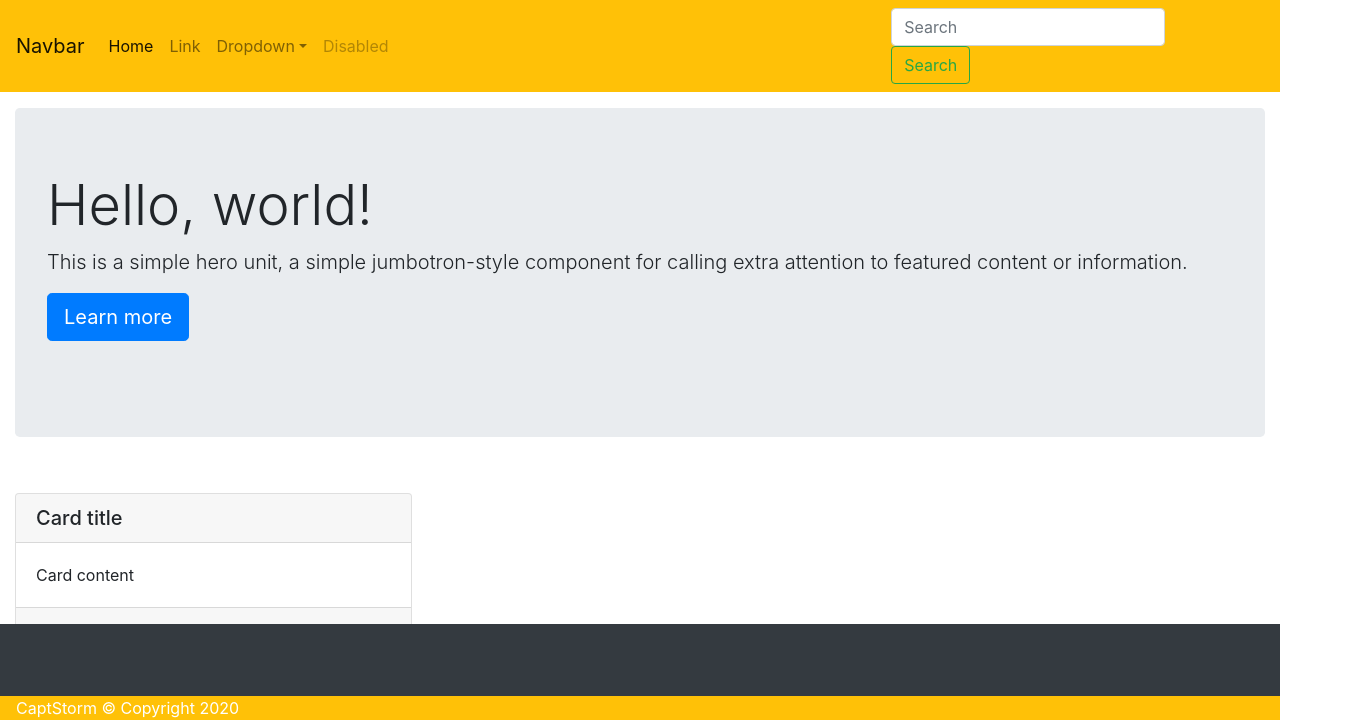
Repository: CaptainStorm21/complete-react16-bootstrap-passing-props
Page: /
The author's editor kept a copy of each file at every save. The page is drawn from the files as they stood at one save, then again after a run of saves.
The browser window is 1280 px wide. The page is 1280 px wide, then 1366 px, so the pictures cover 1366 px, including what lies to the right of the window. The pictures show the whole page.
The project was rebuilt for these pictures with package versions that can differ from the ones it lists, and the page was loaded fresh each time.

Above is the page before, as saved 2020-04-23 14:17:54.

After the next 2 saves:
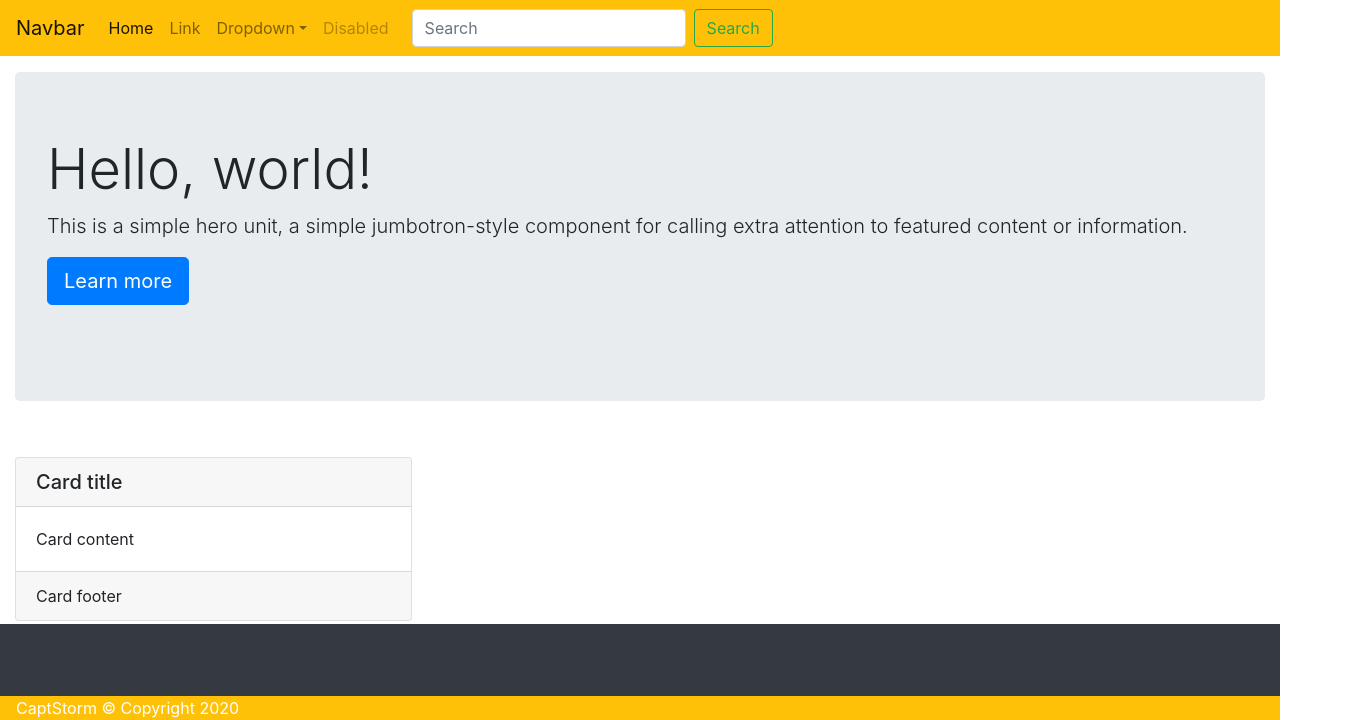
The 2 saves are shown as one change because they came seconds apart.
The last was saved 12 s later.
--- a/src/components/layout/Navbar.js
+++ b/src/components/layout/Navbar.js
@@ -32,7 +32,7 @@ function Navbar() {
               <a className="nav-link disabled" href="/">Disabled</a>
             </li>
           </ul>
-          <form className="form-inline my-2 my-lg-0 col-4 ">
+          <form className="form-inline my-2 my-lg-0 col-10 ">
             <input className="form-control mr-sm-2" type="search" placeholder="Search" aria-label="Search" />
             <button className="btn btn-outline-success my-2 my-sm-0" type="submit">Search</button>
           </form>
